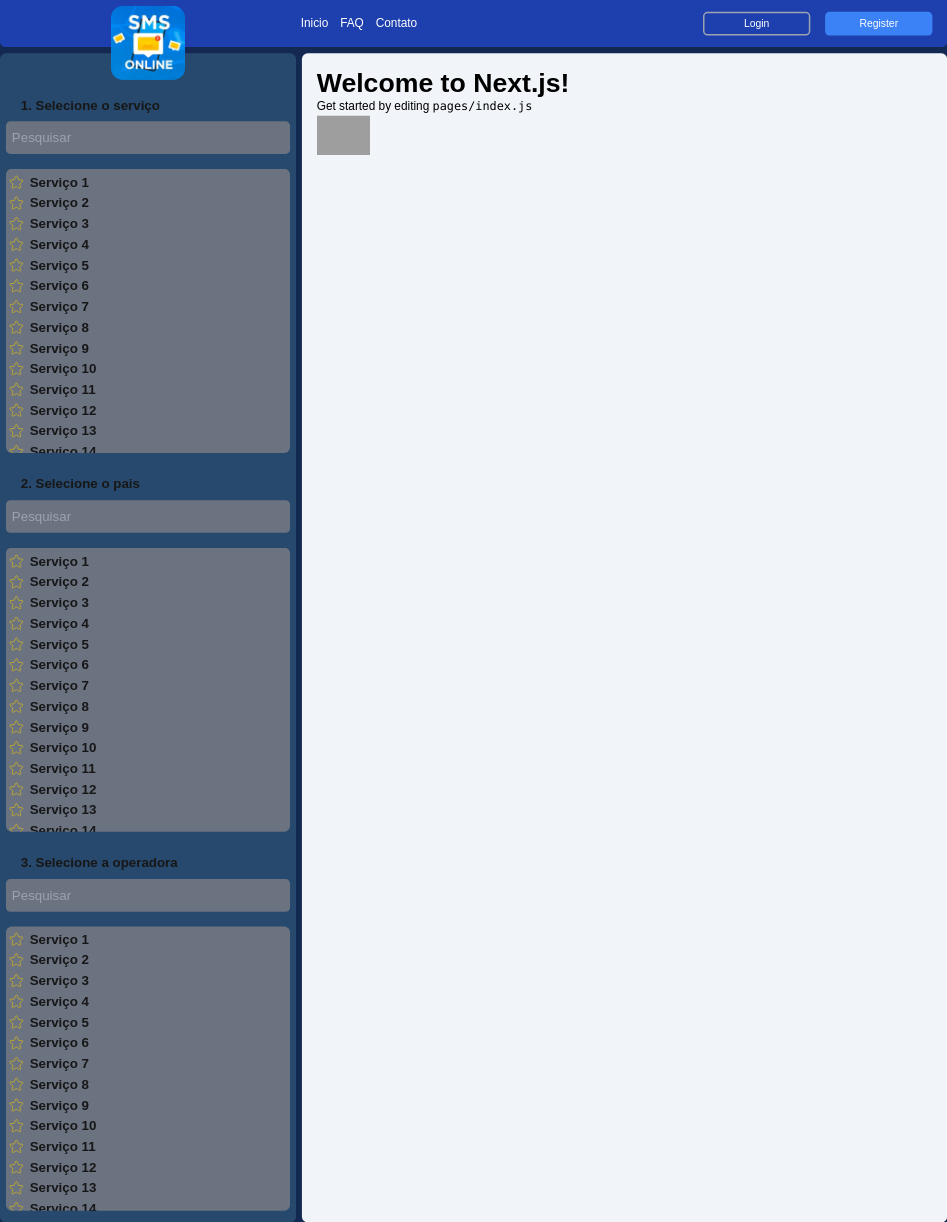
Repository: Felipe-Henrique-Dev/-DIOGO-SMS
Page: /
These files come from the project's save history. The page is drawn as it stood at one moment and after the next save; the edit follows.
The browser window is 1280 px wide. The pictures show the whole page, at 74% of full size.
Pictures or frames that could not be fetched are drawn as grey boxes. The project was rebuilt for these pictures with package versions that can differ from the ones it lists, and the page was loaded fresh each time. The framework's server and built-in components were replaced by stand-ins that run in the browser. Also part of the build but not shown: next.config.ts.

Above is the page before, as saved 2024-12-16 22:22:30.

### src/app/layout.tsx
import type { Metadata } from "next";
import "./globals.css";
import Header from "@/components/main/Header";
import Main from "@/components/main/Main";
import WebApp from "@/components/main/WebApp";



export const metadata: Metadata = {
  title: "Create Next App",
  description: "Generated by create next app",
};

export default function RootLayout({
  children,
}: Readonly<{
  children: React.ReactNode;
}>) {
  return (
    <html lang="pt-br">
      <body className={`antialiased`}>
        <Header />
        <Main>
          <WebApp />
          {children}
        </Main>
      </body>
    </html>
  );
}

### src/app/page.tsx
import Section from "@/components/main/Section";
import Image from "next/image";

export default function Home() {
  return (
    <Section>
      <h1 className="text-4xl font-bold text-center">Welcome to Next.js!</h1>
      <p className="text-center">
        Get started by editing <code>pages/index.js</code>
      </p>
      <Image
        src="/vercel.svg"
        alt="Vercel Logo"
        width={72}
        height={16}
      />
    </Section>
  );
}

### src/app/globals.css
@tailwind base;
@tailwind components;
@tailwind utilities;

:root {
  --background: hsl(220, 60%, 20%);
  --background-secondary: hsl(211, 47%, 29%);
  --primary_text: #fff;
  --foreground: #171717;
  --color-primary: #000;
  --color-secondary: #1F40AF;
}


body {
  color: var(--foreground);
  background: var(--background);
  font-family: Arial, Helvetica, sans-serif;
}

::-webkit-scrollbar {
  width: 8px;
  height: 10px;
}

::-webkit-scrollbar-track {
  background-color: var(--color-primary);
}

::-webkit-scrollbar-thumb {
  background: var(--color-secondary);
  border-radius: 10px;
}

::-webkit-scrollbar-thumb:hover {
  background-color: var(--color-highlight-hover);
}

### src/components/main/Header.tsx
import React from "react";
import { Button } from "./Button";


export default function Header() {
  return (
    <header className="h-16 bg-blue-800 max-w-screen-2xl m-auto sticky top-0 items-center justify-between  flex rounded-b-lg px-5 z-[99] ">
        <span className="text-white text-lg font-bold"></span>
        <nav className="flex gap-4">
            <a href="#" className="text-white">Inicio</a>
            <a href="#" className="text-white">FAQ</a>
            <a href="#" className="text-white">Contato</a>
        </nav>
        <div className="container flex justify-between items-center w-1/4 gap-5">
            <Button type="button" size="sm" className="text-white" isLoading={false} bgColor="none">Login</Button>
            <Button type="button" size="sm" className="text-white" isLoading={false} bgColor="primary">
                Register
            </Button>
        </div>
    </header>
  );
}

### src/components/main/Main.tsx
import React from "react";

export default function Main({
  children,
}: Readonly<{
  children: React.ReactNode;
}>) {
  return (
    <main className="container max-w-screen-2xl mx-auto flex pt-2 gap-2 ">
      {children}
    </main>
  );
}

### src/components/main/WebApp.tsx
'use client'
import React from "react";
import { Input } from "./Input";
import { useForm } from "react-hook-form"
import Image from "next/image";
export default function WebApp() {
  const [selectService, setSelectService] = React.useState<{ title: string; valor: number; numberDispobilize: number; id: string } | null>(null);
  const [selectCountry, setSelectCountry] = React.useState<{ title: string; valor: number; numberDispobilize: number; id: string } | null>(null);
  const [selectOperator, setSelectOperator] = React.useState<{ title: string; valor: number; numberDispobilize: number; id: string } | null>(null);

  return (
    <aside className="min-w-[25rem] min-h-[90svh] bg-background_secondary text-pri sticky left-0 top-[4.5rem] rounded-lg flex flex-col p-2 gap-5  pt-14 z-[999]">
      <Image src="/logo.webp" alt="Logo" width={100} height={100} className="rounded-2xl absolute -top-16 transform -translate-x-1/2 left-1/2 z-[99]" />
      <Container subTitle="1. Selecione o serviço" list={list} select={selectService} setSelect={setSelectService} />
      <Container subTitle="2. Selecione o pais" list={list} select={selectCountry} setSelect={setSelectCountry} />
      <Container subTitle="3. Selecione a operadora" list={list} select={selectOperator} setSelect={setSelectOperator} />
    </aside>
  );
}


const Container = ({
  list,
  subTitle,
  select,
  setSelect
}: {
  subTitle: string;
  select?: { title: string; valor: number; numberDispobilize: number; id: string } | null;
  setSelect: React.Dispatch<React.SetStateAction<{ title: string; valor: number; numberDispobilize: number; id: string } | null>>;
  list: { title: string; valor: number; numberDispobilize: number; id: string }[];
}) => {
  const { register, watch } = useForm();
  const filter = (watch("filter") || "").toLowerCase();
  const [favorites, setFavorites] = React.useState<string[]>([]);
  const [loading, setLoading] = React.useState<boolean>(true);

  React.useEffect(() => {
    const storedFavorites = JSON.parse(localStorage.getItem("favorites") || "[]");
    setFavorites(storedFavorites);
    setLoading(false);
  }, []);

  const setFavoriteInStorage = (item: string) => {
    const newFavorites = favorites.includes(item)
      ? favorites.filter(favorite => favorite !== item)
      : [...favorites, item];

    setFavorites(newFavorites);
    localStorage.setItem("favorites", JSON.stringify(newFavorites));
  };

  // Primeiro filtrar e ordenar a lista antes do map
  const filteredAndSortedList = React.useMemo(() => {
    return list
      .filter(item => item.title.toLowerCase().includes(filter))
      .sort((a, b) => {
        const aFav = favorites.includes(a.id);
        const bFav = favorites.includes(b.id);
        if (aFav && !bFav) return -1;
        if (!aFav && bFav) return 1;
        return 0;
      });
  }, [list, filter, favorites]);

  if (loading) return <div>Carregando...</div>;

  return (
    <div className="flex flex-col gap-2  ">
      <span className="text-lg font-bold w-full text-start px-5">{subTitle}</span>
      {
        select ?
          <div className="flex w-full bg-slate-300 rounded-lg h-10 items-center justify-start px-5 gap-5 ">
            <button onClick={() => setSelect(null)} className="flex items-center justify-center gap-2 h-8 min-w-8 rounded-xl border-red-500 border-[1px] text-black">X</button>
            <span className="text-lg font-bold min-w-8 h-8 rounded-full text-center bg-white ">I</span>
            <span className="text-lg font-bold w-auto text-center">{select.title}</span>
          </div>
        :
        <>
          <Input type="text" placeholder="Pesquisar" size="lg" register={register("filter")} />
          <div className="h-96 bg-gray-500 w-full my-2 overflow-x-auto scroll-smooth rounded-lg p-1 ">
            {filteredAndSortedList.map((item) => (
              <div className="bg-gray-500 w-full flex items-center justify-start gap-2" key={item.id}>
                <Stars
                  stars={favorites.includes(item.id)}
                  setFavorite={() => setFavoriteInStorage(item.id)}
                />
                <button className="flex flex-col" onClick={() => setSelect(item)}>
                  <span className="text-lg font-bold w-full text-center">{item.title}</span>
                </button>
              </div>
            ))}
          </div>
        </>
      }
    </div>
  );
};



const list = [
  {
    id: "1",
    title: "Serviço 1",
    valor: 10.00,
    numberDispobilize: 6000,
  },
  {
    id: "2",
    title: "Serviço 2",
    valor: 20.00,
    numberDispobilize: 5000,
  },
  {
    id: "3",
    title: "Serviço 3",
    valor: 30.00,
    numberDispobilize: 4000,
  },
  {
    id: "4",
    title: "Serviço 4",
    valor: 40.00,
    numberDispobilize: 3000,
  },
  {
    id: "5",
    title: "Serviço 5",
    valor: 50.00,
    numberDispobilize: 2000,
  },
  {
    id: "6",
    title: "Serviço 6",
    valor: 60.00,
    numberDispobilize: 1000,
  },
  {
    id: "7",
    title: "Serviço 7",
    valor: 70.00,
    numberDispobilize: 900,
  },
  {
    id: "8",
    title: "Serviço 8",
    valor: 80.00,
    numberDispobilize: 800,
  },
  {
    id: "9",
    title: "Serviço 9",
    valor: 90.00,
    numberDispobilize: 700,
  },
  {
    id: "10",
    title: "Serviço 10",
    valor: 100.00,
    numberDispobilize: 600,
  },
  {
    id: "11",
    title: "Serviço 11",
    valor: 110.00,
    numberDispobilize: 500,
  },
  {
    id: "12",
    title: "Serviço 12",
    valor: 120.00,
    numberDispobilize: 400,
  },
  {
    id: "13",
    title: "Serviço 13",
    valor: 130.00,
    numberDispobilize: 300,
  },
  {
    id: "14",
    title: "Serviço 14",
    valor: 140.00,
    numberDispobilize: 200,
  },
  {
    id: "15",
    title: "Serviço 15",
    valor: 150.00,
    numberDispobilize: 100,
  }
];

const Stars = ({stars, setFavorite} : {stars: boolean, setFavorite: () => void}) => {
  return (
      <>
          {
              !stars?
              <svg width="20" height="20" viewBox="0 0 13 12" fill="none" xmlns="http://www.w3.org/2000/svg" onClick={setFavorite} className="cursor-pointer" >
                  <path d="M6.49956 9.51326L9.26623 11.1866C9.77289 11.4933 10.3929 11.0399 10.2596 10.4666L9.52623 7.31992L11.9729 5.19993C12.4196 4.81326 12.1796 4.07993 11.5929 4.03326L8.37289 3.75993L7.11289 0.786592C6.88623 0.246592 6.11289 0.246592 5.88623 0.786592L4.62623 3.75326L1.40623 4.02659C0.81956 4.07326 0.57956 4.80659 1.02623 5.19326L3.47289 7.31326L2.73956 10.4599C2.60623 11.0333 3.22623 11.4866 3.73289 11.1799L6.49956 9.51326Z" fill="none" stroke="#EFC900" strokeWidth="0.5"/>
              </svg>
              :
              <svg width="20" height="20" viewBox="0 0 13 12" fill="none" xmlns="http://www.w3.org/2000/svg" onClick={setFavorite} className="cursor-pointer">
                  <path d="M6.49956 9.51326L9.26623 11.1866C9.77289 11.4933 10.3929 11.0399 10.2596 10.4666L9.52623 7.31992L11.9729 5.19993C12.4196 4.81326 12.1796 4.07993 11.5929 4.03326L8.37289 3.75993L7.11289 0.786592C6.88623 0.246592 6.11289 0.246592 5.88623 0.786592L4.62623 3.75326L1.40623 4.02659C0.81956 4.07326 0.57956 4.80659 1.02623 5.19326L3.47289 7.31326L2.73956 10.4599C2.60623 11.0333 3.22623 11.4866 3.73289 11.1799L6.49956 9.51326Z" fill="#EFC900"/>
              </svg>
          }
      </>
  );
}

### src/components/main/Section.tsx
import { cn } from "@/lib/utils";
import React from "react";

export default function Section({
  children,
  className
}: Readonly<{
  children: React.ReactNode;
  className?: string;
}>) {
  return (
    <section className={cn(
      "p-5 flex flex-col min-h-[90svh] bg-slate-100 w-full text-black items-start justify-start rounded-lg ",
      className
    )}>
      {children}
    </section>
  );
}

### src/components/main/Button.tsx
/* eslint-disable @typescript-eslint/no-explicit-any */
import { cn } from "@/lib/utils";
import React from "react";

export const Button = ({
    className,
    size = "md",
    onClick,
    children,
    type,
    isLoading,
    bgColor = "primary",
}:{
    type: 'button' | 'submit' | 'reset';
    onClick?: (event: React.MouseEvent<HTMLButtonElement>) => void;
    className?: string;
    children: React.ReactNode;
    size?: "sm" | "md" | "lg";
    isLoading: boolean;
    bgColor?: "primary" | "secondary" | "danger" | "none";
}) => {

    const sizes = {
        sm: "w-1/2 h-8 text-sm",
        md: "w-3/4 h-10 text-base",
        lg: "w-full h-14 text-lg",
    };

    const bgColors = {
        primary: "bg-blue-500 text-white",
        secondary: "bg-gray-500 text-white",
        danger: "bg-red-500 text-white",
        none: "bg-transparent text-black border-gray-400 border-2 "
    };

    return (
        <button
            type={type}
            onClick={onClick}
            className={cn(
                "p-2 rounded-md relative flex items-center justify-center",
                bgColors[bgColor],
                sizes[size],
                className
            )}
            disabled={isLoading}
        >
            {
                isLoading ? loading() : children
            }
        </button>
    );
}


const loading = () => {
    return (
        <div className="absolute inset-0 bg-gray-300 bg-opacity-50 flex items-center justify-center">
            <div className="animate-spin rounded-full h-12 w-12 border-t-2 border-b-2 border-gray-900"></div>
        </div>
    );
}

### src/components/main/Input.tsx
/* eslint-disable @typescript-eslint/no-unused-vars */
/* eslint-disable @typescript-eslint/no-explicit-any */
import { cn } from "@/lib/utils";
import React from "react";

export const Input = ({
    type,
    placeholder,
    classNameSpan,
    classNameLabel,
    classNameInput,
    label,
    size = "md",
    icon,
    register,
    bgColor = "secondary",
    labelIsHidden = false,
    name
}:{
    type: 'text' | 'password' | 'email';
    placeholder: string;
    classNameSpan?: string;
    classNameLabel?: string;
    classNameInput?: string;
    size?: "sm" | "md" | "lg";
    icon?: React.ReactNode;
    register?: any;
    label?: string;
    bgColor?: "primary" | "secondary" | "danger" | "none";
    labelIsHidden?: boolean;
    name?: string;
}) => {

    const sizes = {
        sm: "w-1/2 h-8 text-sm",
        md: "w-3/4 h-10 text-base",
        lg: "w-full h-12 text-lg",
    };

    const bgColors = {
        primary: "bg-blue-500 text-white",
        secondary: "bg-gray-500 text-white",
        danger: "bg-red-500 text-white",
        none: "bg-transparent text-black border-gray-300 border-2"
    };


    return (
        <span className={cn(
                "relative flex flex-col",
                sizes[size],
                classNameSpan,
        )}>
            {
                labelIsHidden &&
                <label className={cn(
                    classNameLabel
                )} >
                    {label}
                </label>
            }
            <input
                type={type}
                placeholder={placeholder}
                {...register}
                className={cn(
                    "p-2 rounded-md relative w-full",
                    classNameInput,
                    bgColors[bgColor]
                )}
            />
            {icon}
        </span>

    );
}

### tailwind.config.ts
import type { Config } from "tailwindcss";

export default {
  content: [
    "./src/pages/**/*.{js,ts,jsx,tsx,mdx}",
    "./src/components/**/*.{js,ts,jsx,tsx,mdx}",
    "./src/app/**/*.{js,ts,jsx,tsx,mdx}",
  ],
  theme: {
    extend: {
      colors: {
        background: "var(--background)",
        foreground: "var(--foreground)",
        background_secondary: "var(--background-secondary)",
        primary: "var(--primary)",
      },
      background : {
        background: "var(--background)",
        background_secondary: "var(--background-secondary)",
        foreground: "var(--foreground)",
      },
    },
  },
  plugins: [],
} satisfies Config;

Loaded but not shown: src/lib/utils.ts (common file)

After the next save:
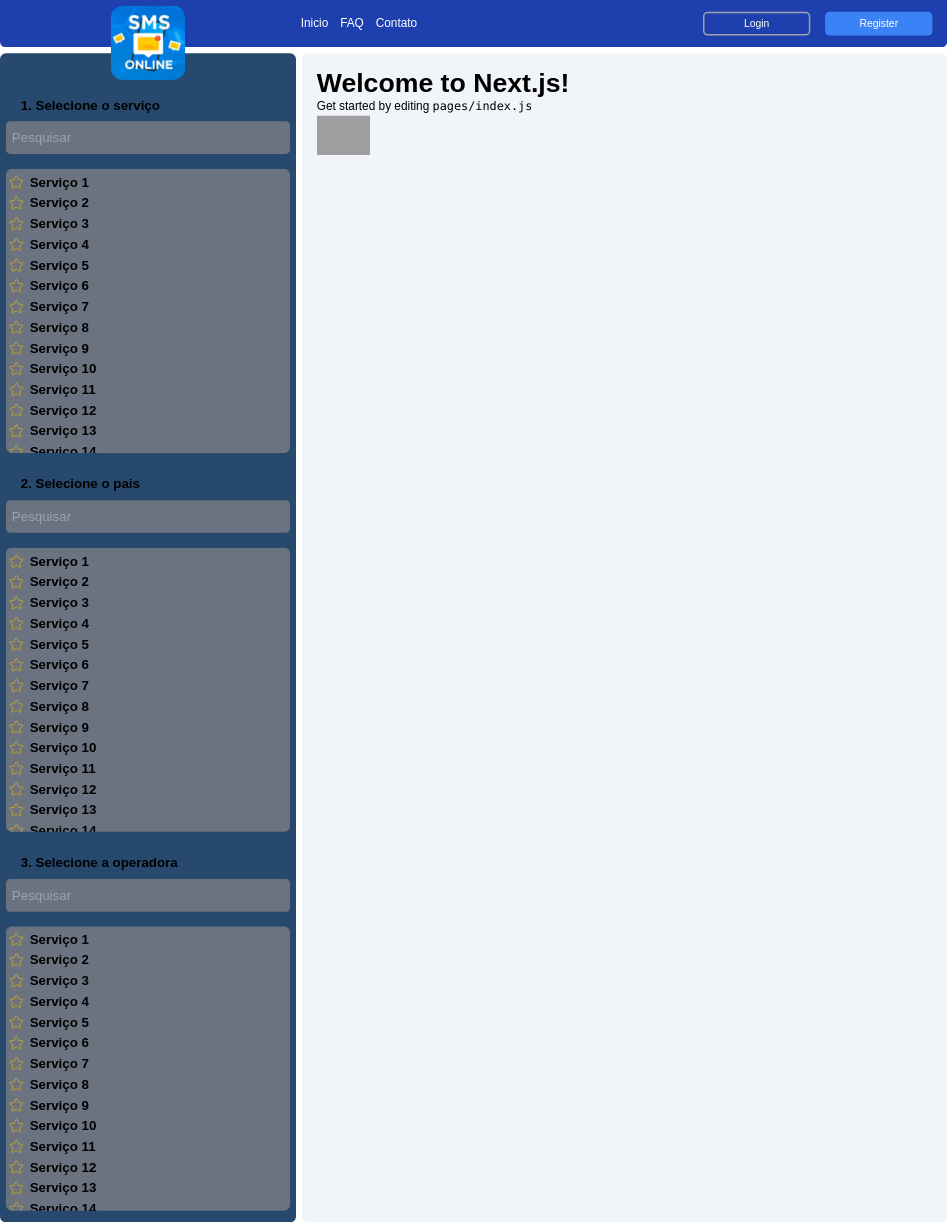
Saved 35 s later.
--- a/src/app/globals.css
+++ b/src/app/globals.css
@@ -5,7 +5,7 @@
 :root {
   --background: hsl(220, 60%, 20%);
   --background-secondary: hsl(211, 47%, 29%);
-  --primary_text: #fff;
+  --primary_text: hsl(0, 0%, 100%);
   --foreground: #171717;
   --color-primary: #000;
   --color-secondary: #1F40AF;
@@ -13,8 +13,8 @@
 
 
 body {
-  color: var(--foreground);
-  background: var(--background);
+  color: hsl(var(--foreground));
+  background: hsl(var(--background));
   font-family: Arial, Helvetica, sans-serif;
 }
 

After the 3 saves that followed:
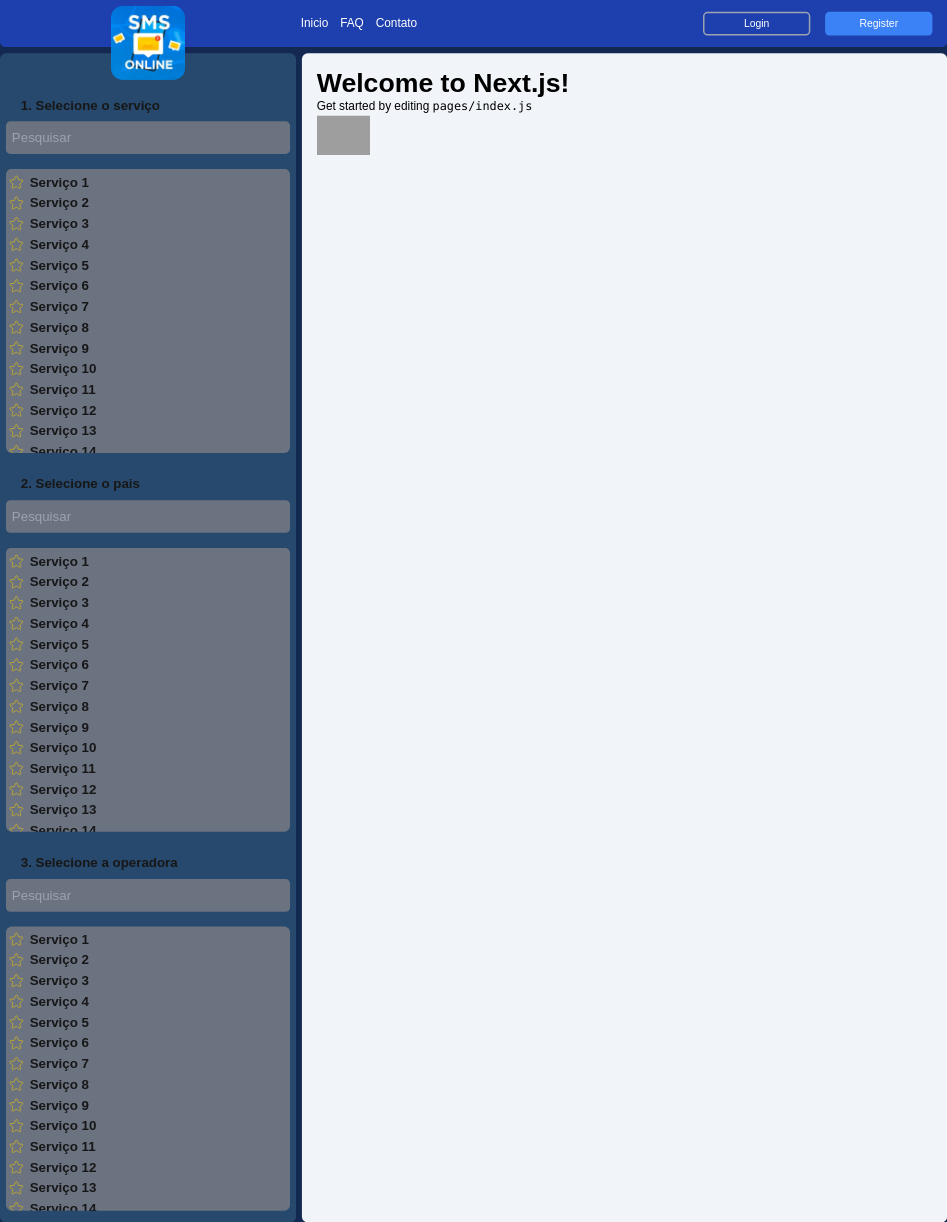
The 3 saves are shown as one change because 1 left the picture as it was and some came seconds apart.
The last was saved 32 s later.
--- a/src/app/globals.css
+++ b/src/app/globals.css
@@ -13,8 +13,8 @@
 
 
 body {
-  color: hsl(var(--foreground));
-  background: hsl(var(--background));
+  color: var(--foreground);
+  background: var(--background);
   font-family: Arial, Helvetica, sans-serif;
 }
 
